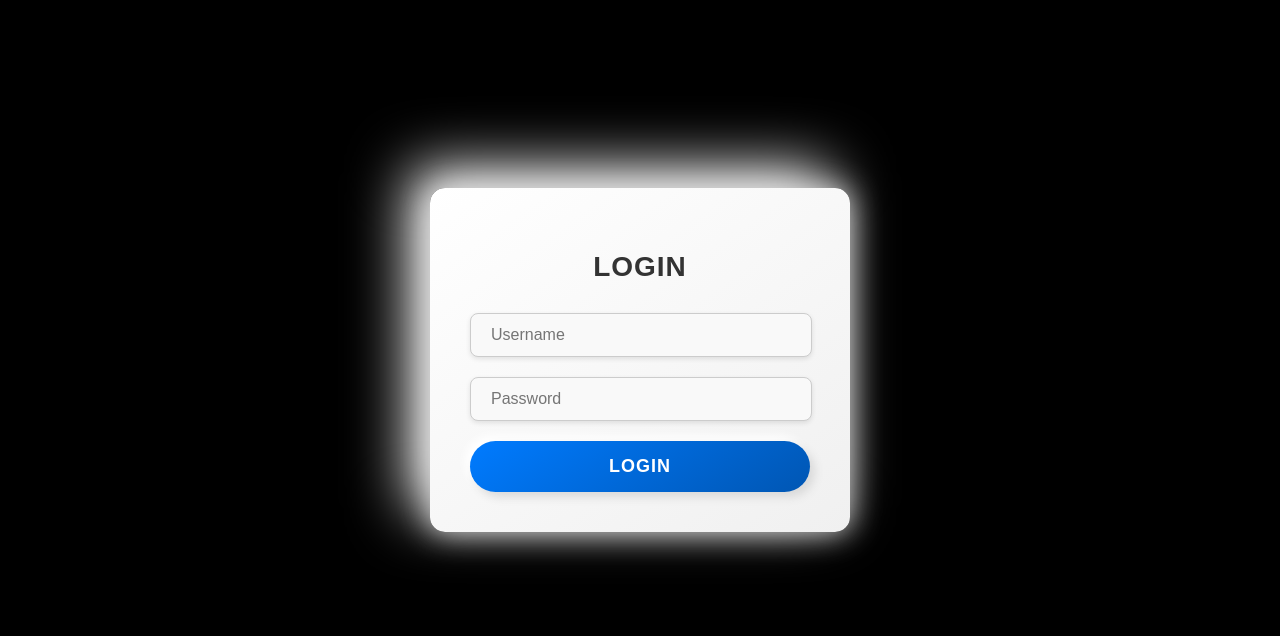
Repository: mdmisri/needy-talk
Page: /login (app in frontend/talk-d1/)
These files come from the project's save history. The page is drawn as it stood at one moment and after a run of saves; the edit follows.
The browser window is 1280 px wide. The pictures show the whole page.
The page's requests for data from a server got no answer. The project was rebuilt for these pictures with package versions that can differ from the ones it lists, and the page was loaded fresh each time. No one was signed in, and anything a server would have sent is missing. Also part of the build but not shown: frontend/talk-d1/src/components/Register/Register.js, frontend/talk-d1/src/conversationUtils.js, frontend/talk-d1/src/hooks/useConversation.js, frontend/talk-d1/src/components/Chat/styles/Message.css, frontend/talk-d1/src/components/Chat/Message.js, frontend/talk-d1/src/components/Chat/ChatBox.js, frontend/talk-d1/src/components/Chat/AdminChatBox.js, frontend/talk-d1/src/components/Chat/styles/AdminSelection.css and 2 more.

Above is the page before, as saved 2024-07-29 04:40:06.

After the next 2 saves:
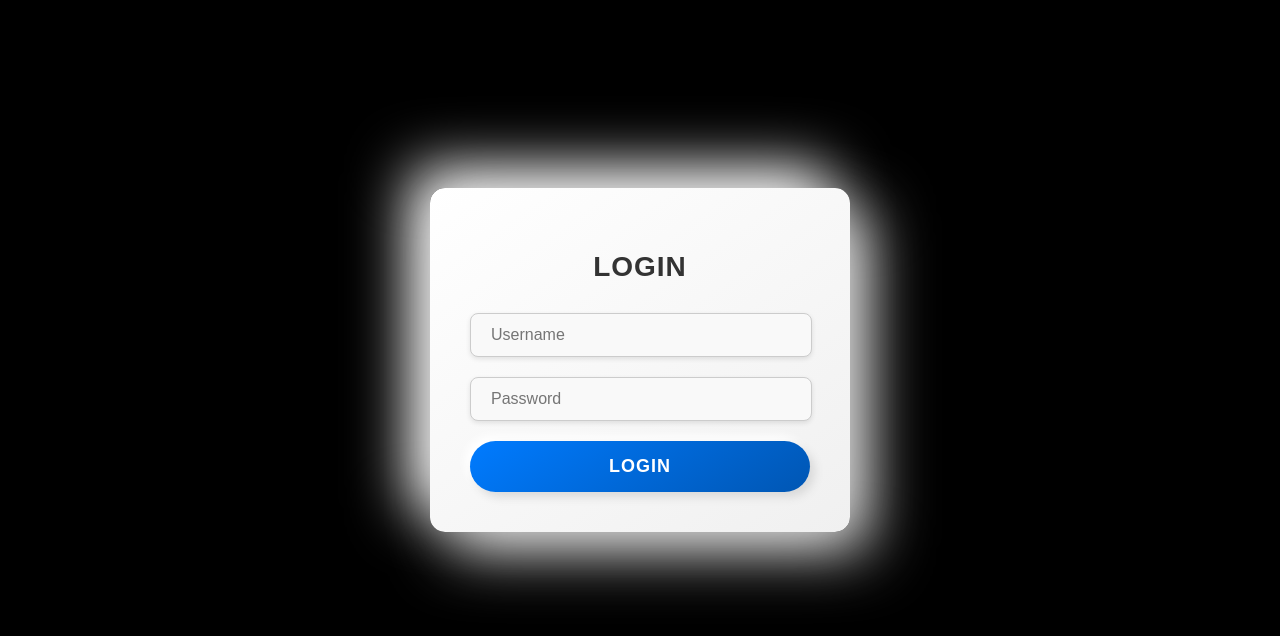
The 2 saves are shown as one change because they came seconds apart.
The last was saved 34 s later.
--- a/frontend/talk-d1/src/components/Login/Login.css
+++ b/frontend/talk-d1/src/components/Login/Login.css
@@ -13,8 +13,9 @@ body, html {
     width: 340px;
     padding: 40px;
     background: linear-gradient(145deg, #ffffff, #f0f0f0);
-    box-shadow: 0 0 30px #d9d9d9, -20px -20px 60px #ffffff;
+    box-shadow: 20px 20px 60px #d9d9d9, -20px -20px 60px #ffffff;
     border-radius: 15px;
+    margin: 100px auto;
     text-align: center;
 }
 
